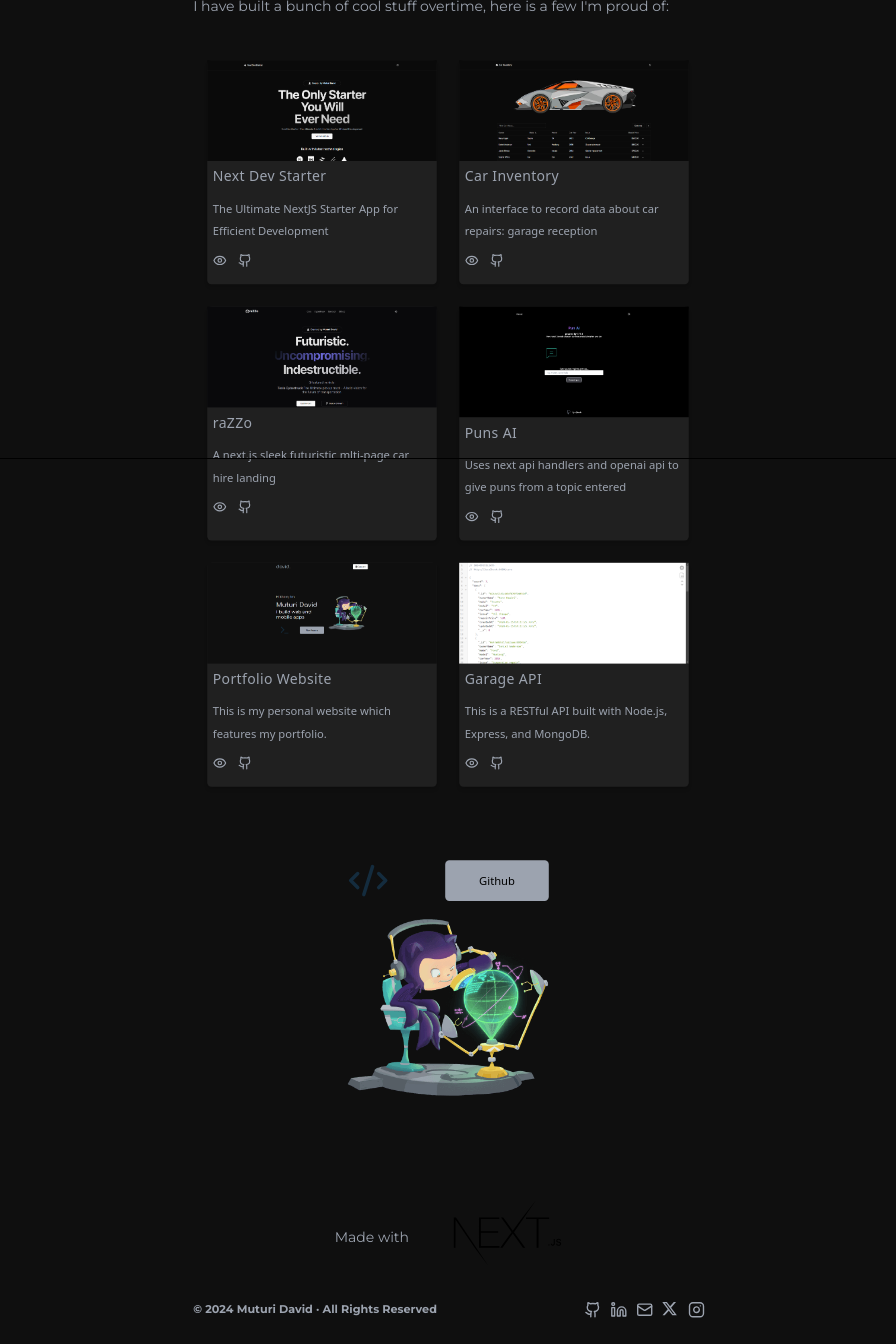
Repository: tushcmd/tushdev-portfolio
Page: /
These files come from the project's save history. The page is drawn as it stood at one moment and after the next save; the edit follows.
The browser window is 1280 px wide. The pictures show the part of the page from y = 2250 to 4170 px (the page is 4170 px tall before and 4156 px after), at 70% of full size.
The project was rebuilt for these pictures with package versions that can differ from the ones it lists, and the page was loaded fresh each time. The framework's server and built-in components were replaced by stand-ins that run in the browser. Also part of the build but not shown: next.config.js.

Above is the page before, as saved 2024-05-26 07:44:45.

### app/layout.tsx
import type { Metadata } from 'next'
import { Inter } from 'next/font/google'
import './globals.css'


const inter = Inter({ subsets: ['latin'] })

export const metadata: Metadata = {
  metadataBase: new URL('https://tushdev.co/'),
  alternates: {
    canonical: 'https://tushdev.co/',
    languages: {
      'en-US': '/en-US',
      'de-DE': '/de-DE',
    },
  },
  title: 'Muturi | Web & Mobile developer',
  description: 'I am highly passionate about creating sleek and reliable software.',
  robots: 'index, follow',
  openGraph: {
    title: 'Muturi | Web & Mobile developer',
    description: 'Passionate web developer who loves creating sleek and reliable software.',
    url: 'https://tushdev.co/',
  }
}

export default function RootLayout({
  children,
}: {
  children: React.ReactNode
}) {
  return (
    <html lang="en">
      <body className={`{inter.className} bg-primary w-full overflo-y-visible overflow-x-hidden`} >{children}</body>
    </html>
  )
}

### app/page.tsx
import Navbar from './components/shared/nav';
import Hero from '@/app/components/hero';
import About from './components/about';
import Skills from '@/app/components/Skills/skills'

import GetInTouch from './components/getintouch';
import Footer from './components/shared/footer';
import Projects from './components/projects/projects';

export default function Page() {
  return (
    <main>
      <Navbar />
      <Hero />
      <About />
      <Skills />
      <GetInTouch />
      <Projects />
      <Footer />
    </main>
  );
}

### app/components/hero.tsx
import { comfortaa } from '@/app/fonts';
import { montserrat } from '@/app/fonts';
import hero from '@/constants/hero';
import Image from "next/image";

// Extracted styles
const textStyles = {
  montserrat: `${montserrat.className} text-white`,
  comfortaa: `${comfortaa.className} text-[#D1D5DB] font-bold`,
};

const heroTextClasses = {
  heading: `${textStyles.montserrat} text-2xl py-6`,
  name: `${textStyles.comfortaa} text-5xl md:text-5xl pb-3`,
  paragraph: `${textStyles.montserrat} text-4xl md:text-4xl`,
};

const containerClasses = 'max-w-3xl mx-auto px-5 md:px-5';

export default function Hero() {
  return (
    <div className={containerClasses}>
      <section className='relative flex flex-col-reverse md:flex-row justify-center items-center h-screen md:py-16 py-6 overflow-auto'>
        <div>
          <div className='flex flex-col items-start justify-between py-6 w-full'>
            <p className={heroTextClasses.heading}>Hi there, I&apos;m</p>
            <h6 className={heroTextClasses.name}>{hero.name}</h6>
            <p className={heroTextClasses.paragraph}>{hero.paragraph}</p>
          </div>
          <div className='flex flex-row pt-3 md:py-5 py-5 w-full justify-center space-x-12 md:space-x-20'>
            <svg
              xmlns='http://www.w3.org/2000/svg'
              width='60'
              height='60'
              viewBox='0 0 24 24'
              fill='none'
              stroke='#142c3e'
              strokeWidth='2'
              strokeLinecap='round'
              strokeLinejoin='round'
              className='lucide lucide-terminal'
            >
              <polyline points='4 17 10 11 4 5' />
              <line x1='12' x2='20' y1='19' y2='19' />
            </svg>
            <div className='flex items-center gap-2'>
              <a
                href='https://drive.google.com/file/d/1Fc9oeqVXjbyWMcWTrOqMmTOxY1JUjsOX/view?usp=sharing'
                target='_blank'
                rel='_noreferrer'
                className='flex items-center gap-1 md:hover:bg-slate-200 rounded-md px-12 bg-gray-400 text-black font-medium py-[1.08rem]'
              >
                View Resume
              </a>
            </div>
          </div>
        </div>
        <div>
          <Image src="/dark-thin.png" alt="tush coding" width={300} height={300} />
        </div>
      </section>
    </div>
  );
}

{/*

import { comfortaa } from '@/app/fonts';
import { montserrat } from '@/app/fonts';
import hero from '@/constants/hero';
import Image from "next/image";

export default async function Hero() {
  return (
    <section className='relative flex flex-col-reverse md:flex-row justify-center items-center h-screen md:py-16 py-6 overflow-auto'>
      <div>
        <div className='flex items-start flex-col max-w-3xl py-6 w-full md:px-5 px-5 justify-between'>
          <p className={`${montserrat.className} text-3xl text-white py-6`}>
            Hi there, I&apos;m
          </p>
          <h6
            className={`${comfortaa.className} text-5xl md:text-8xl text-[#D1D5DB] text-bold pb-3`}
          >
            {hero.name}
          </h6>
          <p
            className={`${montserrat.className} text-4xl md:text-6xl text-white`}
          >
            {hero.paragraph}
          </p>
        </div>
        <div className='flex flex-row md:max-w-3xl pt-3 md:py-5 py-10 w-full md:px-5 px-5 justify-center space-x-12 md:space-x-20'>
          <svg
            xmlns='http://www.w3.org/2000/svg'
            width='60'
            height='60'
            viewBox='0 0 24 24'
            fill='none'
            stroke='#142c3e'
            stroke-width='2'
            stroke-linecap='round'
            stroke-linejoin='round'
            className='lucide lucide-terminal'
          >
            <polyline points='4 17 10 11 4 5' />
            <line x1='12' x2='20' y1='19' y2='19' />
          </svg>
          <div className='flex items-center gap-2'>
            <a
              href='https://drive.google.com/file/d/1Fc9oeqVXjbyWMcWTrOqMmTOxY1JUjsOX/view?usp=sharing'
              target='_blank'
              rel='_noreferrer'
              className='flex items-center gap-1 md:hover:bg-slate-200 rounded-md px-12 bg-gray-400 text-black font-medium py-[1.08rem]'
            >
              View Resume
            </a>
          </div>
        </div>
      </div>
      <div>
        <Image
          src="/dark-thin.png"
          alt="tush coding"
          width={300}
          height={300}
        />
      </div>
    </section>
  );
}

*/}

### app/components/about.tsx
import { montserrat } from '@/app/fonts';
import about from '@/constants/about';

// Extracted styles
const textStyles = {
  montserrat: `${montserrat.className} text-gray-400`,
};

const textClasses = {
  heading: `${textStyles.montserrat} text-2xl md:text-3xl pb-6`,
  paragraph: `${textStyles.montserrat} text-base md:text-xl`,
  info: `${textStyles.montserrat} text-base md:text-xl py-6 items-center`,
};

const containerClasses = 'max-w-3xl mx-auto px-5 md:px-5';

export default function About() {
  return (
    <section className='relative flex flex-col justify-center items-center'>
      <div className={`flex flex-col items-start justify-between pb-10 w-full ${containerClasses}`}>
        <h2 className={textClasses.heading}>About Me</h2>
        <p className={textClasses.paragraph}>
          I&apos;m {about.paragraph} <br /> {about.paragraph2}
        </p>
        <i className={textClasses.info}>
          ⓘ this dev has a goal to create software used by millions
        </i>
        <div className='flex flex-row pt-3 md:py-5 py-10 w-full justify-center space-x-12 md:space-x-20'>
          <svg
            xmlns='http://www.w3.org/2000/svg'
            width='60'
            height='60'
            viewBox='0 0 24 24'
            fill='none'
            stroke='#142c3e'
            strokeWidth='2'
            strokeLinecap='round'
            strokeLinejoin='round'
            className='lucide lucide-plug'
          >
            <path d='M12 22v-5' />
            <path d='M9 8V2' />
            <path d='M15 8V2' />
            <path d='M18 8v5a4 4 0 0 1-4 4h-4a4 4 0 0 1-4-4V8Z' />
          </svg>
          <div className='flex items-center gap-2'>
            <a
              href='mailto:muturidavid854@gmail.com'
              target='_blank'
              rel='_noreferrer'
              className='flex items-center gap-1 md:hover:bg-slate-200 text-xm md:text-base rounded-md px-12 bg-gray-400 text-black font-medium py-[1.08rem]'
            >
              Mail
            </a>
          </div>
        </div>
      </div>
    </section>
  );
}

{/*

import { montserrat } from '@/app/fonts'
import about from '@/constants/about';

export default async function About() {
  return (
    <section className='relative flex flex-col justify-center items-center'>
      <div className='flex items-start flex-col md:max-w-3xl pb-10 w-full md:px-5 px-5 justify-between'>
        <h2
          className={`${montserrat.className} text-gray-400 text-2xl md:text-3xl pb-6`}
        >
          About Me
        </h2>
        <p className={`${montserrat.className} text-gray-400 text-base md:text-xl`}>
          I&apos;m {about.paragraph} <br />
          {about.paragraph2}
        </p>
        <i className={`${montserrat.className} text-gray-400 text-base md:text-xl py-6 items-center}`}>ⓘ this dev is subscribed to fireship on YouTube </i>
        <div className='flex flex-row md:max-w-3xl pt-3 md:py-5 py-10 w-full md:px-5 px-5 justify-center space-x-12 md:space-x-20'>
          <svg
            xmlns='http://www.w3.org/2000/svg'
            width='60'
            height='60'
            viewBox='0 0 24 24'
            fill='none'
            stroke='#142c3e'
            stroke-width='2'
            stroke-linecap='round'
            stroke-linejoin='round'
            className='lucide lucide-plug'
          >
            <path d='M12 22v-5' />
            <path d='M9 8V2' />
            <path d='M15 8V2' />
            <path d='M18 8v5a4 4 0 0 1-4 4h-4a4 4 0 0 1-4-4V8Z' />
          </svg>
          <div className='flex items-center gap-2'>
            <a
              href='mailto:muturidavid854@gmail.com'
              target='_blank'
              rel='_noreferrer'
              className='flex items-center gap-1 md:hover:bg-slate-200 text-xm md:text-base rounded-md px-12 bg-gray-400 text-black font-medium py-[1.08rem]'
            >
              Mail
            </a>
          </div>
        </div>
      </div>
    </section>
  );
}
*/}

### app/components/Skills/skills.tsx
import { montserrat } from '../../fonts';
import { skills } from './SkillsList.js';

// Extracted styles
const textStyles = {
  montserrat: `${montserrat.className} text-gray-400`,
};

const textClasses = {
  heading: `${textStyles.montserrat} text-2xl md:text-3xl pb-6`,
  paragraph: `${textStyles.montserrat} text-base md:text-xl`,
};

const containerClasses = 'max-w-3xl mx-auto px-5 md:px-5';

export default async function Skills() {
  return (
    <section className='relative flex flex-col justify-center items-center pt-3 md:py-6'>
      <div className={`flex flex-col items-start justify-between py-10 w-full ${containerClasses}`}>
        <h2 className={textClasses.heading}>Skills &#x26; tools</h2>
        <p className={textClasses.paragraph}>
          Here are a few technologies I&apos;ve been working with recently:
        </p>
        <div className='px-5 mb-5 w-full'>
          <ul className='grid grid-cols-2 gap-1 mt-5 md:grid-cols-4'>
            {skills.map((skill) => {
              const { title, icon } = skill;
              return (
                <li
                  key={skill.id}
                  className='flex flex-col items-center gap-2 p-5 font-semibold rounded-md text-gray-400 bg-[#202020] opacity-1 transform scale-100 translate-x-0 translate-y-0'
                >
                  {icon}
                  {title}
                </li>
              );
            })}
          </ul>
        </div>
        <div className='justify-center flex w-full py-10'>
          <svg
            xmlns='http://www.w3.org/2000/svg'
            width='72'
            height='72'
            viewBox='0 0 24 24'
            fill='none'
            stroke='#142c3e'
            strokeWidth='1'
            strokeLinecap='round'
            strokeLinejoin='round'
            className='lucide lucide-chevrons-down'
          >
            <path d='m7 6 5 5 5-5' />
            <path d='m7 13 5 5 5-5' />
          </svg>
        </div>
      </div>
    </section>
  );
}

{/*


  import { montserrat } from '../../fonts';
import { skills } from './SkillsList.js';

export default async function Skills() {
  return (
    <section className='relative flex flex-col justify-center items-center pt-3 md:py-6'>
      <div className='flex items-start flex-col md:max-w-3xl py-10 w-full md:px-5 px-5 justify-between'>
        <h2
          className={`${montserrat.className} text-gray-400 text-2xl md:text-3xl pb-6`}
        >
          Skills &#x26; tools
        </h2>
        <p
          className={`${montserrat.className} text-gray-400 text-base md:text-xl`}
        >
          Here are a few technologies I&apos;ve been working with recently:
        </p>
        <div className='px-5 mb-5 w-full'>
          <ul className='grid grid-cols-2 gap-1 mt-5 md:grid-cols-4'>
            {skills.map((skill) => {
              const { title, icon } = skill;
              return (
                <li
                  key={skill.id}
                  className='flex flex-col items-center gap-2 p-5 font-semibold rounded-md text-gray-400 bg-[#202020] opacity-1 transform scale-100 translate-x-0 translate-y-0'
                >
                  {icon}
                  {title}
                </li>
              );
            })}
          </ul>
        </div>
        <div className='justify-center flex w-full py-10'>
          <svg
            xmlns='http://www.w3.org/2000/svg'
            width='72'
            height='72'
            viewBox='0 0 24 24'
            fill='none'
            stroke='#142c3e'
            stroke-width='1'
            stroke-linecap='round'
            stroke-linejoin='round'
            className='lucide lucide-chevrons-down'
          >
            <path d='m7 6 5 5 5-5' />
            <path d='m7 13 5 5 5-5' />
          </svg>
        </div>
      </div>
    </section>
  );
}

*/}

### app/components/projects/projects.tsx
import Image from "next/image";
import { montserrat } from '../../fonts';
import ProjectsCard from "./projects-card";
import { projects } from '../../../constants/projects';

// Extracted styles
const textStyles = {
    montserrat: `${montserrat.className} text-gray-400`,
};

const textClasses = {
    heading: `${textStyles.montserrat} text-2xl md:text-3xl pb-6`,
    paragraph: `${textStyles.montserrat} text-base md:text-xl`,
};

const containerClasses = 'max-w-3xl mx-auto px-5 md:px-5';

export default function Projects() {
    return (
        <section className='relative flex flex-col justify-center items-center py-20'>
            <div className={containerClasses}>
                <h2 className={textClasses.heading}>Projects</h2>
                <p className={textClasses.paragraph}>
                    I have built a bunch of cool stuff overtime, here is a few I&apos;m proud of:
                </p>
                <div className='px-5 mb-5 w-full'>
                    <div className='py-16 md:grid md:grid-cols-2 flex flex-col gap-8'>
                        {projects.map((project) => (
                            <ProjectsCard key={project.id} {...project} />
                        ))}
                    </div>
                </div>
            </div>
            <div className='flex flex-row pt-3 md:py-5 py-10 w-full justify-center space-x-12 md:space-x-20'>
                <svg xmlns="http://www.w3.org/2000/svg" width="60" height="60" viewBox="0 0 24 24" fill="none" stroke="#142c3e" stroke-width="2" stroke-linecap="round" stroke-linejoin="round" className="lucide lucide-code-xml"><path d="m18 16 4-4-4-4" /><path d="m6 8-4 4 4 4" /><path d="m14.5 4-5 16" /></svg>
                <div className='flex items-center gap-2'>
                    <a
                        href='https://github.com/tushcmd'
                        target='_blank'
                        rel='_noreferrer'
                        className='flex items-center gap-1 md:hover:bg-slate-200 rounded-md px-12 bg-gray-400 text-black font-medium py-[1.08rem]'
                    >
                        Github
                    </a>
                </div>
            </div>
            <Image src="/dark-thin.png" alt="tush coding" width={300} height={300} />
        </section>
    );
}

{/*

    import Image from "next/image";
import { montserrat } from '../../fonts';
import ProjectsCard from "./projects-card";
import { projects } from '../../../constants/projects'


const textStyles = {
    montserrat: `${montserrat.className} text-gray-400`,
};

const textClasses = {
    heading: `${textStyles.montserrat} text-2xl md:text-3xl pb-6`,
    paragraph: `${textStyles.montserrat} text-base md:text-xl`,
};

export default function Projects() {
    return (
        <section className='relative flex flex-col justify-center items-center py-20'>
            <h2 className={textClasses.heading}>Projects</h2>
            <p className={textClasses.paragraph}>
                I have built a bunch of cool stuff overtime, here is a few I&apos;m proud of:
                You can go through my github profile for more projects and landing pages
            </p>
            <div className='px-5 mb-5 w-full'>
                <div className='py-16 grid lg:grid-cols-2 xl:grid-cols-3 gap-8'>
                    {projects.map((project) => {
                        return <ProjectsCard key={project.id} {...project} />;
                    })}
                </div>
            </div>
            <Image
                src="/dark-thin.png"
                alt="tush coding"
                width={300}
                height={300}
            />

        </section>
    );
}

*/}

### app/fonts.ts
import { Inter, Comfortaa, Open_Sans, Montserrat } from 'next/font/google';

export const inter = Inter({ subsets: ['latin'] });

export const comfortaa = Comfortaa({
  weight: ['400', '700'],
  subsets: ['latin'],
});

export const opensans = Open_Sans({
    weight: ['300', '400', '500', '600', '700', '800'],
    subsets: ['latin']
});

export const montserrat = Montserrat({
  weight: ['300', '400', '500', '600', '700', '800'],
  subsets: ['latin'],
});

### constants/hero.ts
interface Hero {
    greet: string;
    name: string;
    paragraph: string;
}

const hero: Hero = {
    greet: 'Hi there, I am',
    name: 'Muturi David',
    paragraph: `I build web and mobile
    apps`,
};

export default hero;

### constants/about.ts
interface About {
  paragraph: string;
  paragraph2: string;
}

const about: About = {
  paragraph: ' highly passionate about creating sleek and reliable software.',
  paragraph2:
    'I aim at perfecting in building scalable products with high perfomance experiences. I enjoy creating beautiful websites and apps with modern UI/UX.',
};

export default about;

### app/components/projects/projects-card.tsx
import { Github, Eye } from 'lucide-react'
import Image from 'next/image'
import Projects from '../../../constants/projects';

export default function ProjectsCard({ url, img, github, title, text }: Projects) {
    return (
        <article className="rounded-md text-gray-400 bg-[#202020] shadow-md hover:shadow-xl duration-300">

            <Image
                src={img}
                alt={title}
                width={350}
                height={153}
            />
            <div className='p-2'>
                <h2 className='text-xl tracking-wide font-medium'>{title}</h2>
                <p className='mt-4 leading-loose'>{text}</p>
                <div className='mt-4 flex gap-x-4 pb-4'>
                    <a href={url} target='_blank'>
                        <Eye className='h-5 w-5 text-gray-400 hover:text-black duration-300 border-text-[#0F0F0F] rounded-sm' />
                    </a>
                    <a href={github} target='_blank'>
                        <Github className='h-5 w-5 text-gray-400 hover:text-black duration-300' />
                    </a>
                </div>
            </div>
        </article>
    )
}

### constants/projects.ts
import Projects from "@/app/components/projects/projects";
import { nanoid } from "nanoid";

interface Projects {
  id: string;
  url: string;
  github: string;
  img: string;
  title: string;
  text: string;
}

export const projects = [
  {
    id: nanoid(),
    img: '/next-dev-starter.png',
    url: 'https://next-dev-starter.vercel.app/',
    github: 'https://github.com/tushcmd/next-dev-starter',
    title: 'Next Dev Starter',
    text: 'The Ultimate NextJS Starter App for Efficient Development'
  },
  {
    id: nanoid(),
    img: '/car-inventory.png',
    url: 'https://car-inventory-livid.vercel.app/',
    github: 'https://github.com/tushcmd/car-inventory',
    title: 'Car Inventory',
    text: 'An interface to record data about car repairs: garage reception'
  },
  {
    id: nanoid(),
    img: '/raZZo.png',
    url: 'https://razzo-zeta.vercel.app/',
    github: 'https://github.com/john-smilga',
    title: 'raZZo',
    text: 'A next.js sleek futuristic mlti-page car hire landing'
  },
  {
    id: nanoid(),
    img: '/puns-dark.png',
    url: 'https://next-puns-ai.vercel.app/',
    github: 'https://github.com/tushcmd/next-puns-ai',
    title: 'Puns AI',
    text: 'Uses next api handlers and openai api to give puns from a topic entered'
  },
  {
    id: nanoid(),
    img: '/tushdev.png',
    url: 'https://tushdev.co/',
    github: 'https://github.com/tushcmd/tushdev-portfolio',
    title: 'Portfolio Website',
    text: ' This is my personal website which features my portfolio.'
  },
  {
    id: nanoid(),
    img: '/localhost8080.png',
    url: 'https://garage-server-4ypk.onrender.com/',
    github: 'https://github.com/tushcmd/garage-server',
    title: 'Garage API',
    text: 'This is a RESTful API built with Node.js, Express, and MongoDB.'
  },
]

export default Projects;

### tailwind.config.ts
import type { Config } from 'tailwindcss'

const config: Config = {
  content: [
    './pages/**/*.{js,ts,jsx,tsx,mdx}',
    './components/**/*.{js,ts,jsx,tsx,mdx}',
    './app/**/*.{js,ts,jsx,tsx,mdx}',
  ],
  theme: {
    extend: {
      colors: {
        primary: "#0F0F0F",
        heading: "#FFFFFF",
        dimGray: "D1D5DB",
        iconBg: '#9CA3AF',
        iconText: '202020',
      },
      screens: {
        sm: '480px',
        md: '768px',
        lg: '976px',
        xl: '1440px',
      },
    },
  },
  plugins: [],
}
export default config

Loaded but not shown: app/globals.css (common file); app/components/Skills/SkillsList.js (88 lines, source omitted); app/components/shared/footer.tsx (151 lines, source omitted); app/components/getintouch.tsx (150 lines, source omitted); app/components/shared/nav.tsx (133 lines, source omitted)

After the next save:
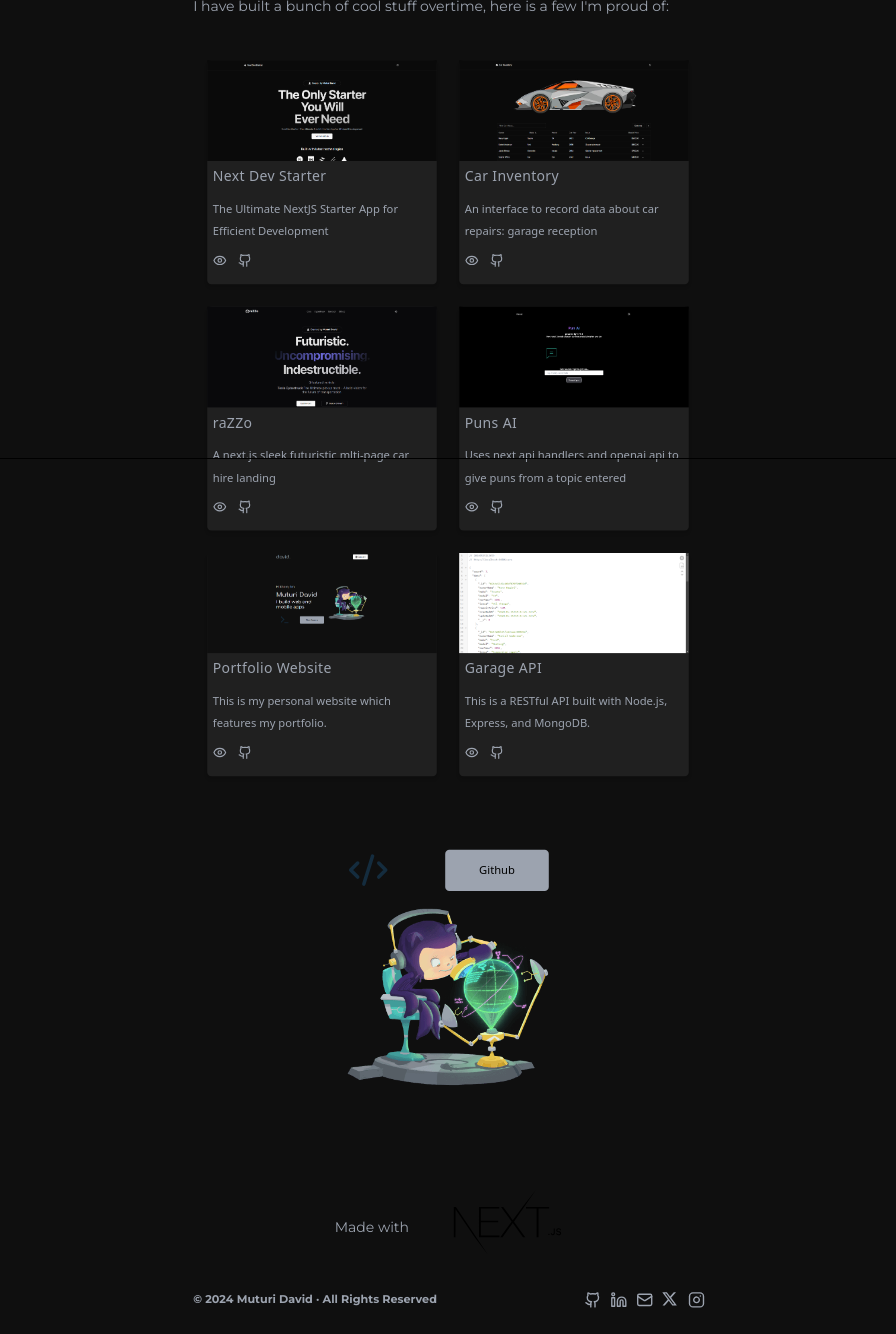
Saved 117 s later.
--- a/constants/projects.ts
+++ b/constants/projects.ts
@@ -37,7 +37,7 @@ export const projects = [
   },
   {
     id: nanoid(),
-    img: '/puns-dark.png',
+    img: '/next-puns-ai.png',
     url: 'https://next-puns-ai.vercel.app/',
     github: 'https://github.com/tushcmd/next-puns-ai',
     title: 'Puns AI',
